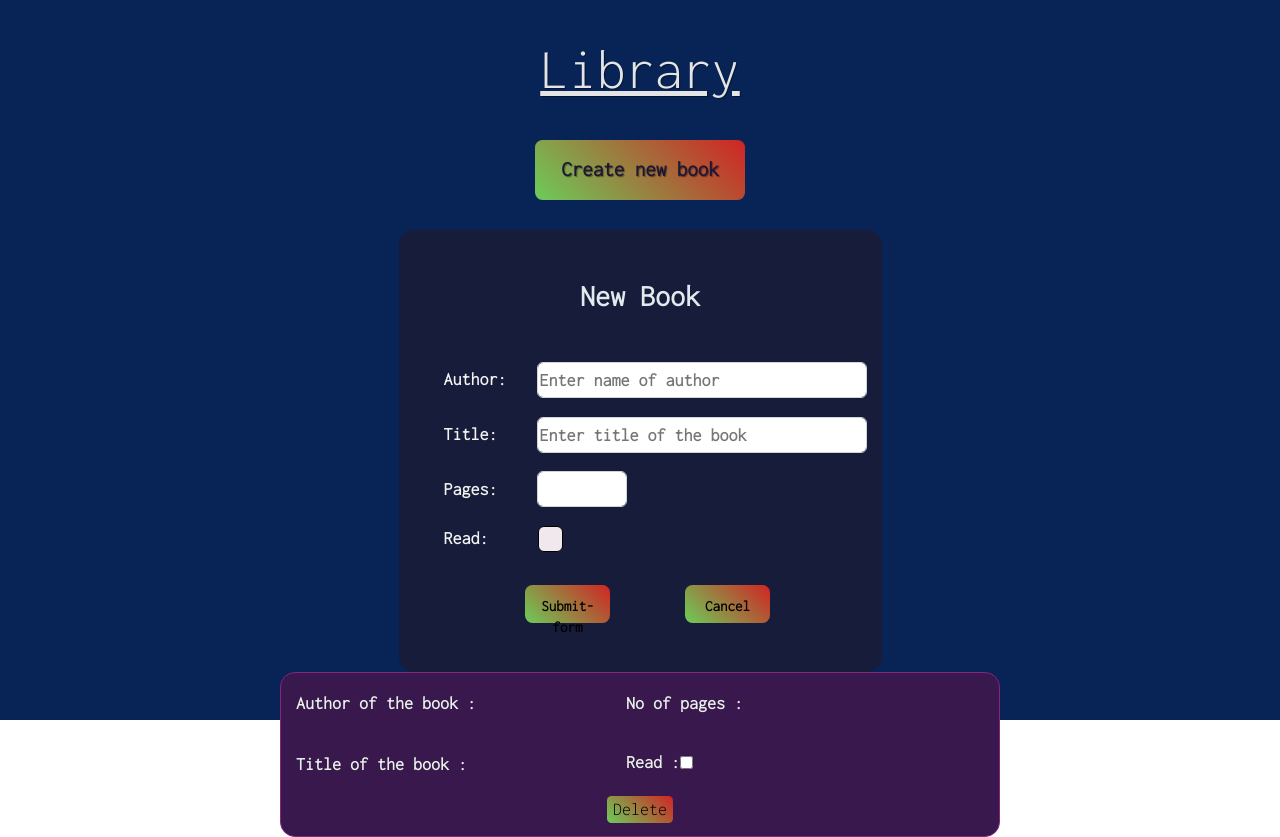
Repository: 0101chaitanya/Library
Page: index.html
These files come from the project's save history. The page is drawn as it stood at one moment and after the next save; the edit follows.
The browser window is 1280 px wide. The pictures show the whole page.

Above is the page before, as saved 2021-06-05 10:08:54.

### index.html
<!DOCTYPE html>
<html>

<head>
    <meta charset="UTF-8">
    <link rel="stylesheet" type="text/css" href="styles.css">

</head>

<body>

    <div id="container">

    </div>
    <script type="text/javascript" src="script.js"></script>

</body>

</html>

### styles.css
@import url('https://fonts.googleapis.com/css2?family=Inconsolata:wght@300&display=swap');
 :root {
    --color-white: #f3f3f3;
    --color-darkblue-alpha: rgba(27, 27, 50, 0.8);
    --color-green: #082457;
}

@media (max-width: 340px) {
     :root {
        font-size: 2px;
    }
}

@media (max-width: 500px) {
     :root {
        font-size: 7.2px;
    }
}

@media (min-width: 501px) {
     :root {
        font-size: 15px;
    }
}

*,
*::before,
*::after {
    box-sizing: border-box;
}

body {
    font-family: 'Inconsolata', monospace;
    font-size: 1rem;
    font-weight: 1000;
    line-height: 1.4;
    color: var(--color-white);
    margin: 0;
}

body::before {
    content: '';
    position: fixed;
    height: 100%;
    width: 100%;
    z-index: -1;
    background: var(--color-green);
}

header {
    font-weight: 500;
    font-size: 3.8rem;
    position: relative;
    top: 2rem;
    text-decoration: underline;
    margin-top: 0rem;
    text-shadow: 1px 1px 1px rgba(0, 0, 0, 0.4);
    color: #e4e4e4;
    text-align: center;
}

label {
    display: flex;
    align-items: center;
    font-size: 1.2rem;
}

input,
button {
    margin: 0;
    font-size: inherit;
    font-family: inherit;
    line-height: inherit;
}

button {
    border: none;
}

#container {
    width: 100%;
    margin: 0rem auto 0 auto;
}

@media (min-width: 576px) {
    #container {
        max-width: 540px;
    }
}

@media (min-width: 768px) {
    #container {
        max-width: 720px;
    }
}

#newBookButton {
    font-size: 1.4rem;
    width: 14rem;
    height: 4rem;
    position: relative;
    margin-top: 4rem;
    background: linear-gradient(45deg, rgb(108, 204, 88), rgb(209, 36, 36));
    font-weight: bold;
    border-radius: 0.5rem;
    text-shadow: 1px 1px 1px rgba(0, 0, 0, 0.4);
    color: rgb(29, 23, 53);
    margin-left: auto;
    margin-right: auto;
    display: block;
}

#newBookButton:hover {
    background: goldenrod;
    box-shadow: 0 0 1rem 0.1rem green;
}

form {
    display: none;
    flex-direction: column;
    align-items: center;
    justify-items: center;
    width: fit-content;
    position: relative;
    top: 2rem;
    margin-left: auto;
    margin-right: auto;
    background: var(--color-darkblue-alpha);
    padding: 2.5rem 6.25rem;
    border-radius: 1rem;
}

@media (min-width:480px) {
    form {
        padding: 3rem;
    }
}

.formGroup {
    margin: 0 auto 1.25rem auto;
}

.textBox {
    font-weight: bold;
    display: block;
    width: 22rem;
    height: 2.4rem;
    padding: - .375rem 2rem;
    background-color: white;
    background-clip: padding-box;
    border: 1px solid #ced4da;
    border-radius: 0.4rem;
    transition: border-color 0.15s ease-in- out, box-shadow 0.15s ease-in-out;
}

.textBox:focus {
    border-color: #80bdff;
    outline: 0;
    box-shadow: 0 0 1rem rgba(0, 255, 85, 0.25);
}

h1 {
    position: relative;
    text-align: center;
    margin-left: 0;
    margin: 0 0 3rem;
    color: rgb(227, 234, 238);
}

#authorInput {
    position: relative;
    left: 2rem;
}

#titleInput {
    position: relative;
    left: 2.6rem;
}

#pagesInput {
    position: relative;
    left: 2.6rem;
    width: 6rem;
    height: 2.4rem;
    padding: - 0.375rem 0.75rem;
    background-color: white;
    background-clip: padding-box;
    border: 1px solid #ced4da;
    border-radius: 0.4rem;
    transition: border-color 0.15s ease-in- out, box-shadow 0.15s ease-in-out;
    font-weight: bold;
}

#pagesInput:focus {
    border-color: #80bdff;
    outline: 0;
    box-shadow: 0 0 0 0.2rem rgba(0, 255, 85, 0.25);
}

#urlInput {
    position: relative;
    height: 2.4rem;
    width: 22rem;
    left: 3.85rem;
    padding: - .375rem 2rem;
    background-color: white;
    background-clip: padding-box;
    border: 1px solid #ced4da;
    border-radius: 0.4rem;
    transition: border-color 0.15s ease-in- out, box-shadow 0.15s ease-in-out;
}

#urlInput:focus {
    border-color: #80bdff;
    outline: 0;
    box-shadow: 0 0 1rem rgba(0, 255, 85, 0.25);
}

#readInput {
    position: relative;
    left: 3.3rem;
    opacity: 0;
}

.checkMark {
    position: relative;
    display: inline-flex;
    justify-content: center;
    align-items: center;
    left: 2.4rem;
    height: 1.7rem;
    width: 1.7rem;
    border-color: black;
    border-style: solid;
    border-width: 0.01rem;
    color: rgb(241, 232, 237);
    background: rgb(241, 232, 237);
    border-radius: 0.4rem;
}

#readInput:checked~.checkMark {
    color: rgb(26, 28, 43);
    background: rgb(84, 139, 221);
}

#submission {
    display: flex;
    justify-content: center;
    position: relative;
    top: 1rem;
}

.selection {
    margin: 0 2rem auto 3rem;
    height: 2.5rem;
    width: 100%;
    padding: 0.7rem;
    border-radius: 0.5rem;
    font-weight: bold;
    background: linear-gradient(45deg, rgb(108, 204, 88), rgb(209, 36, 36));
}

.selection:hover {
    background: goldenrod;
    box-shadow: 0 0 1rem 0.1rem green;
}

#vb {
    position: relative;
    display: block;
    margin-left: auto;
    margin-right: auto;
    top: 2rem;
    height: auto;
    width: auto;
}

.divElement {
    font-weight: bold;
    border-radius: 1rem;
    display: flex;
    border: 1px solid rgb(133, 38, 128);
    flex-direction: column;
    align-items: flex-start;
    padding: 0rem 1rem;
    color: #e8f1e8;
    height: 11rem;
    font-size: 1.2rem;
    background-color: rgb(56, 24, 77);
    box-shadow: 0 0 1rem -2rem green;
}

p:nth-of-type(3) {
    position: relative;
    left: 22rem;
    top: -8.1rem;
}

.divElement label {
    position: relative;
    left: 22rem;
    top: -7.1rem;
}

.deleteBtn {
    width: fit-content;
    position: relative;
    display: block;
    margin-left: auto;
    margin-right: auto;
    top: -5.7rem;
    border-radius: 0.3rem;
    background: linear-gradient(45deg, rgb(108, 204, 88), rgb(209, 36, 36));
}

.deleteBtn:hover {
    background: goldenrod;
    box-shadow: 0 0 1rem 0.1rem green;
}

### script.js
'use strict';
let container = document.getElementById("container");
let heading = document.createElement("header");
heading.textContent = 'Library';
container.appendChild(heading);
let newBook = document.createElement('button');
newBook.id = 'newBookButton';
newBook.textContent = 'Create new book';
container.appendChild(newBook);

let form = document.createElement('form');
let h1 = document.createElement('h1');
form.appendChild(h1);
//form.method = "post";
let divInput = document.createElement('div');
divInput.id = 'divInput';

function createElmt(labelName, labelId, tipe, labelTextContent, inputId, inpId, req, place, checkMk) {

    let formGroup = document.createElement('div');
    formGroup.classList.add('formGroup');
    labelName = document.createElement('label');
    labelName.textContent = labelTextContent;
    labelName.id = labelId;
    labelName.htmlFor = inputId;
    inputId = document.createElement('input');
    inputId.type = tipe;
    inputId.id = inpId;
    // inputId.required = req;
    inputId.placeholder = place;
    if (inputId.type == 'text') {
        inputId.classList.add('textBox');
    }
    labelName.appendChild(inputId);
    if (checkMk == 'read') {
        let span = document.createElement('span');
        span.className = 'checkMark';
        span.innerHTML = '&#10003';


        labelName.appendChild(span);
    }
    formGroup.appendChild(labelName);

    divInput.appendChild(formGroup);
}

h1.textContent = `New Book`;
createElmt('author', 'author', 'text', 'Author:', 'authorInput', 'authorInput', true, 'Enter name of author');
createElmt('title', 'title', 'text', 'Title:', 'titleInput', 'titleInput', true, 'Enter title of the book');
createElmt('pages', 'pages', 'number', 'Pages:', 'pagesInput', 'pagesInput', true, '');
createElmt('read', 'read', 'checkbox', 'Read:', 'readInput', 'readInput', false, null, 'read');
form.appendChild(divInput);
let submission = document.createElement('div');
submission.classList.add('formGroup');
submission.id = 'submission';
let submitBtn = document.createElement('button');
submitBtn.textContent = 'Submit-form';
submitBtn.id = "submitBtn";
submitBtn.type = 'button';
submitBtn.classList.add('selection');
submission.appendChild(submitBtn);
let cancel = document.createElement('button');
cancel.textContent = 'Cancel';
cancel.id = 'cancel';
cancel.type = 'button';
cancel.classList.add('selection');
submission.appendChild(cancel);
form.appendChild(submission);
container.appendChild(form);
let viewBox = document.createElement('div');
viewBox.id = 'vb';
container.appendChild(viewBox);

function setBookObj(author, title, pages, readStatus) {
    this.author = author;
    this.title = title;
    this.pages = pages;
    this.readStatus = readStatus;
}
let x = document.getElementById(`authorInput`);

let objArray = [];

submitBtn.addEventListener('click', addBook(form)); //console.log(ObjArray.length);

function addBook(form) {
    let obj = new setBookObj(form.elements[0].textContent, form.elements[1].textContent, form.elements[2].value, form.elements[4].checked);
    console.log(obj);

    objArray.push(obj);

}
console.log(objArray);

objArray.forEach((item, i) => {


    let divOut = document.createElement('div');
    divOut.id = `divOut${i}`;
    divOut.classList.add('divElement');
    let authOut = document.createElement('p');
    authOut.classList.add(`out`);
    authOut.textContent = `Author of the book : ${item.author}`;
    let titleOut = document.createElement('p');
    titleOut.textContent = `Title of the book : ${item.title}`;;
    titleOut.classList.add(`out`);
    let pgsOut = document.createElement('p');
    pgsOut.textContent = `No of pages : ${item.pages}`;
    pgsOut.classList.add(`out`);
    let redLabel = document.createElement('label');
    redLabel.classList.add(`out`);
    redLabel.textContent = `Read :`;
    let redOut = document.createElement('input');
    redLabel.htmlFor = redOut;
    redOut.type = 'checkbox';
    redLabel.appendChild(redOut);
    redOut.checked = item.readStatus;
    divOut.appendChild(authOut);
    divOut.appendChild(titleOut);
    divOut.appendChild(pgsOut);
    divOut.appendChild(redLabel);

    let deleteBtn = document.createElement('button');
    deleteBtn.type = 'button';
    deleteBtn.classList.add('deleteBtn');
    deleteBtn.textContent = 'Delete';
    deleteBtn.addEventListener('click', e => {
        objArray.splice(i, 1, 0);
        divOut.remove();
        console.log(objArray);
    });


    divOut.appendChild(deleteBtn);
    viewBox.appendChild(divOut);

    console.log(item);
});

form.style.display = 'flex';

function formEnable() {
    form.style.display = 'flex';
}

function formDisable() {
    form.style.display = 'none';
}

After the next save:
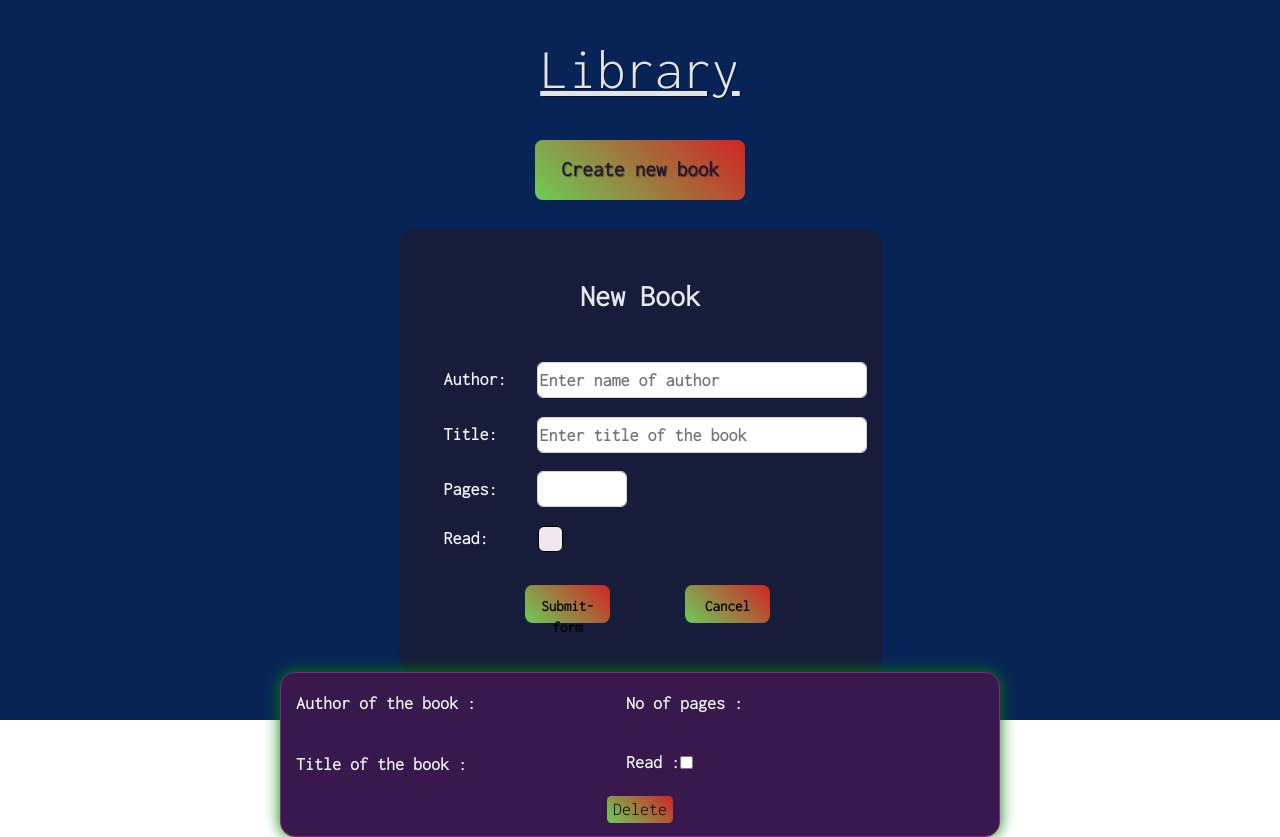
Saved 14 s later.
--- a/styles.css
+++ b/styles.css
@@ -287,7 +287,7 @@
     height: 11rem;
     font-size: 1.2rem;
     background-color: rgb(56, 24, 77);
-    box-shadow: 0 0 1rem -2rem green;
+    box-shadow: 0 0 1rem 0rem green;
 }
 
 p:nth-of-type(3) {

After the save that followed:
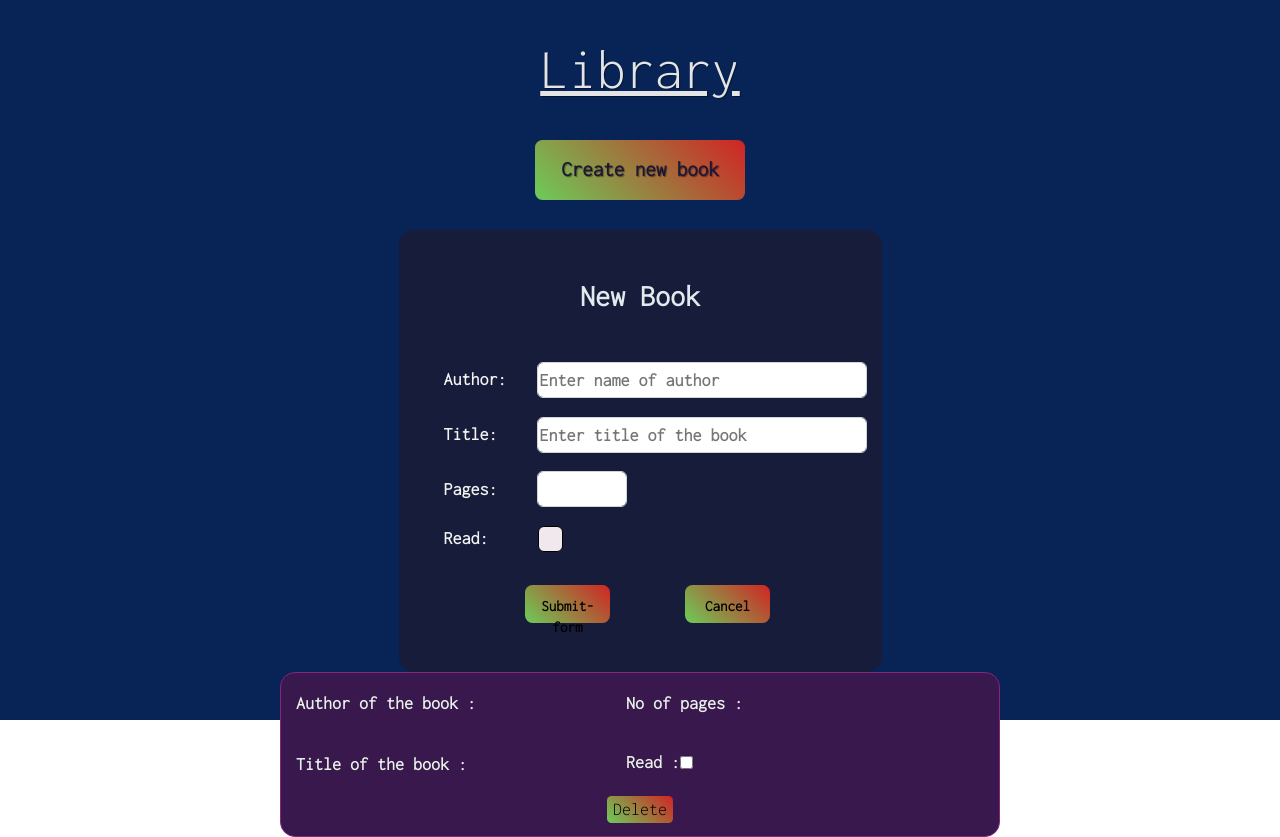
Saved 7 s later.
--- a/styles.css
+++ b/styles.css
@@ -287,7 +287,7 @@
     height: 11rem;
     font-size: 1.2rem;
     background-color: rgb(56, 24, 77);
-    box-shadow: 0 0 1rem 0rem green;
+    box-shadow: 0 0 -1rem 0rem green;
 }
 
 p:nth-of-type(3) {
